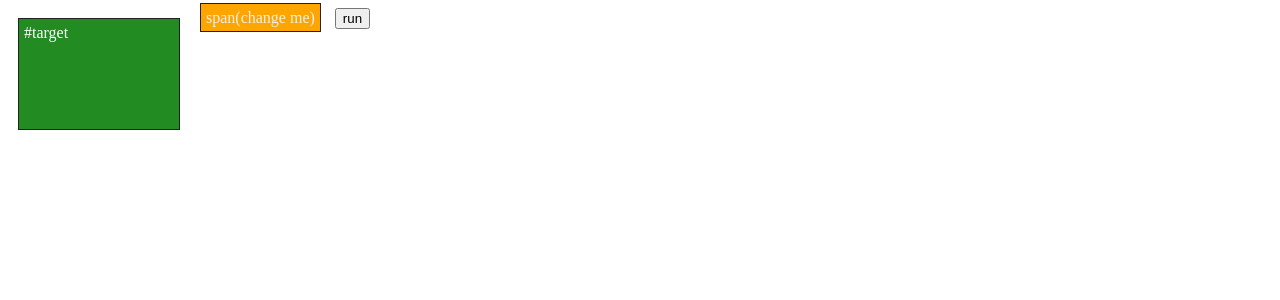
Repository: silenttemplar/java_start_project
Page: hansung_ee_2014/hansung_jquery_exercise/WebContent/Change_Parent.html
An editor plug-in stored every save of this project. The page is shown before and after the next save, followed by the edit.
The browser window is 1280 px wide. The pictures show the whole page.
After loading, the first visible `input` was clicked once.

Above is the page before, as saved 2014-08-27 02:27:48.

After the next save:
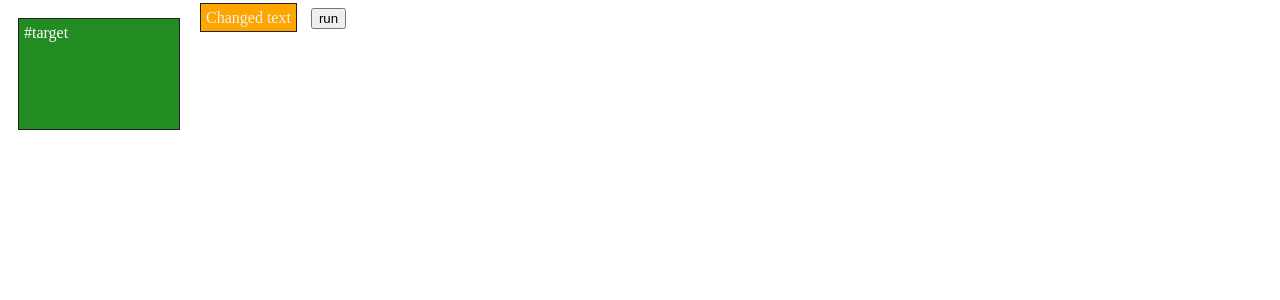
Saved 54 s later.
--- a/hansung_ee_2014/hansung_jquery_exercise/WebContent/Change_Parent.html
+++ b/hansung_ee_2014/hansung_jquery_exercise/WebContent/Change_Parent.html
@@ -11,7 +11,7 @@
 	 * 함수 : text()
 	 */
 	function run() {
-
+		$("span").text("Changed text");
 	}
 </script>
 </head>
